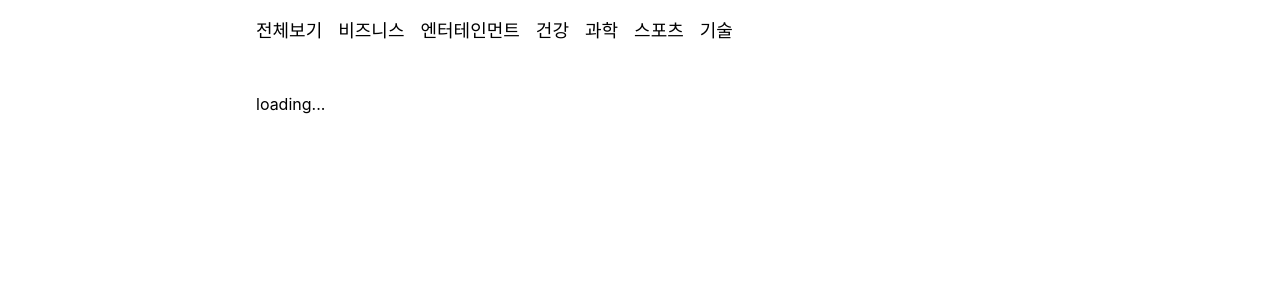
Repository: parkhyeonki/news-viewer
Page: /
These files come from the project's save history. The page is drawn as it stood at one moment and after the next save; the edit follows.
The browser window is 1280 px wide. The pictures show the whole page.
The page's requests for data from a server got no answer. The project was rebuilt for these pictures with package versions that can differ from the ones it lists, and the page was loaded fresh each time. No one was signed in, and anything a server would have sent is missing. Also part of the build but not shown: src/App.css, src/components/NewsItem/NewsItem.js.

Above is the page before, as saved 2022-05-19 17:26:24.

### src/App.js
import { Route, Routes } from 'react-router-dom';
import './App.css';
import NewPage from './pages/NewPage';

function App() {
  return (
    <Routes>
      <Route path="/" element={<NewPage />} />
      <Route path="/:category" element={<NewPage />} />
    </Routes>
  );
}

export default App;

### src/pages/NewPage.js
import React from 'react';
import { useParams } from 'react-router-dom';
import Categories from '../components/Categories/Categories';
import NewsList from '../components/NewsList/NewsList';

const NewPage = () => {
  const params = useParams();

  const category = params.category || 'all';
  return (
    <>
      <Categories />
      <NewsList category={category} />
    </>
  );
};

export default NewPage;

### src/components/Categories/Categories.js
import React from 'react';
import styled, { css } from 'styled-components';
import { NavLink } from 'react-router-dom';
const categories = [
  {
    name: 'all',
    text: '전체보기',
  },
  {
    name: 'business',
    text: '비즈니스',
  },
  {
    name: 'entertainment',
    text: '엔터테인먼트',
  },
  {
    name: 'health',
    text: '건강',
  },
  {
    name: 'science',
    text: '과학',
  },
  {
    name: 'sports',
    text: '스포츠',
  },
  {
    name: 'technology',
    text: '기술',
  },
];

const CategoriesBlock = styled.div`
  display: flex;
  width: 768px;
  margin: 0 auto;
  padding: 1rem;
  @media screen and (max-width: 768px) {
    width: 100%;
    overflow-x: auto;
  }
`;

const Category = styled(NavLink)`
  font-size: 1.125rem;
  cursor: pointer;
  white-space: pre;
  text-decoration: none;
  color: inherit;
  padding-bottom: 0.25rem;

  &:hover {
    color: #495057;
  }

  ${(props) =>
    props.active &&
    css`
      font-weight: 600;
      border-bottom: 2px solid #22b8cf;
      color: #22b8cf;
      &:hover {
        color: #3bc9db;
      }
    `}

  & + & {
    margin-left: 1rem;
  }
`;

const Categories = ({ onSelect, category }) => {
  return (
    <CategoriesBlock>
      {categories.map((c) => (
        <Category
          key={c.name}
          className={({ isActive }) => (isActive ? 'active' : undefined)}
          to={c.name === 'all' ? '/' : `/${c.name}`}
        >
          {c.text}
        </Category>
      ))}
    </CategoriesBlock>
  );
};

export default Categories;

### src/components/NewsList/NewsList.js
import axios from 'axios';
import React, { useEffect, useState } from 'react';
import styled from 'styled-components';
import usePromise from '../../lib/usePromise';
import NewsItem from '../NewsItem/NewsItem';
const NewsListBlock = styled.div`
  box-sizing: border-box;
  padding-bottom: 3rem;
  width: 768px;
  margin: 0 auto;
  margin-top: 2rem;
  @media screen and (max-width: 768px) {
    width: 100%;
    padding-left: 1rem;
    padding-right: 1rem;
  }
`;
const NewsList = ({ category }) => {
  const [loading, response, error] = usePromise(() => {
    const query = category === 'all' ? '' : `&category=${category}`;
    return axios.get(
      `https://newsapi.org/v2/top-headlines?country=kr${query}&apiKey=05f1b59ba99c4b2cb7579cb88e16cfcd`,
    );
  });

  if (loading) {
    return <NewsListBlock>loading...</NewsListBlock>;
  }

  if (!response) {
    return null;
  }

  if (error) {
    return <NewsListBlock>에러 발생!</NewsListBlock>;
  }
  const { articles } = response.data;
  return (
    <NewsListBlock>
      {articles.map((article) => (
        <NewsItem key={article.url} article={article} />
      ))}
    </NewsListBlock>
  );
};

export default NewsList;

### src/lib/usePromise.js
import React, { useEffect, useState } from 'react';

export default function usePromise(promiseCreator, deps) {
  const [loading, setLoading] = useState(false);
  const [resolved, setResolved] = useState(null);
  const [error, setError] = useState(null);

  useEffect(() => {
    const process = async () => {
      setLoading(true);
      try {
        const resolved = await promiseCreator();
        setResolved(resolved);
      } catch (e) {
        setError(e);
      }
      setLoading(false);
    };
    process();
    // eslint-disable-next-line react-hooks/exhaustive-deps
  }, deps);
  return [loading, resolved, error];
}

Loaded but not shown: public/index.html (common file); src/index.js (common file); src/index.css (common file); src/reportWebVitals.js (common file)

After the next save:
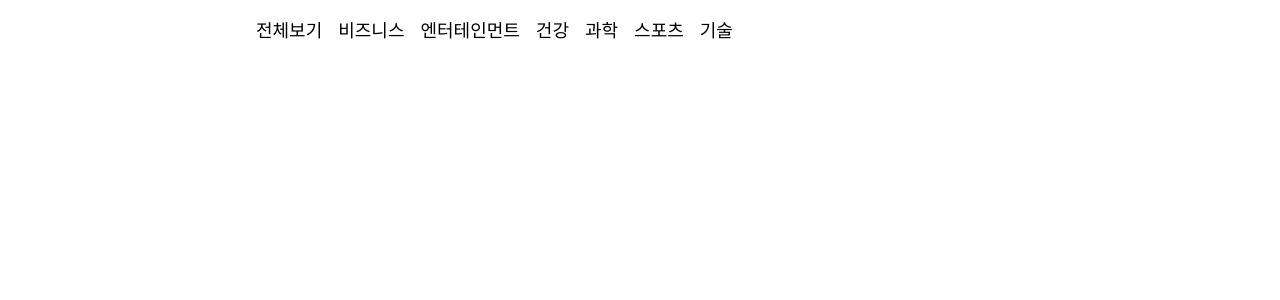
Saved 32 s later.
--- a/src/components/NewsList/NewsList.js
+++ b/src/components/NewsList/NewsList.js
@@ -21,7 +21,7 @@ const NewsList = ({ category }) => {
     return axios.get(
       `https://newsapi.org/v2/top-headlines?country=kr${query}&apiKey=05f1b59ba99c4b2cb7579cb88e16cfcd`,
     );
-  });
+  }, [category]);
 
   if (loading) {
     return <NewsListBlock>loading...</NewsListBlock>;
